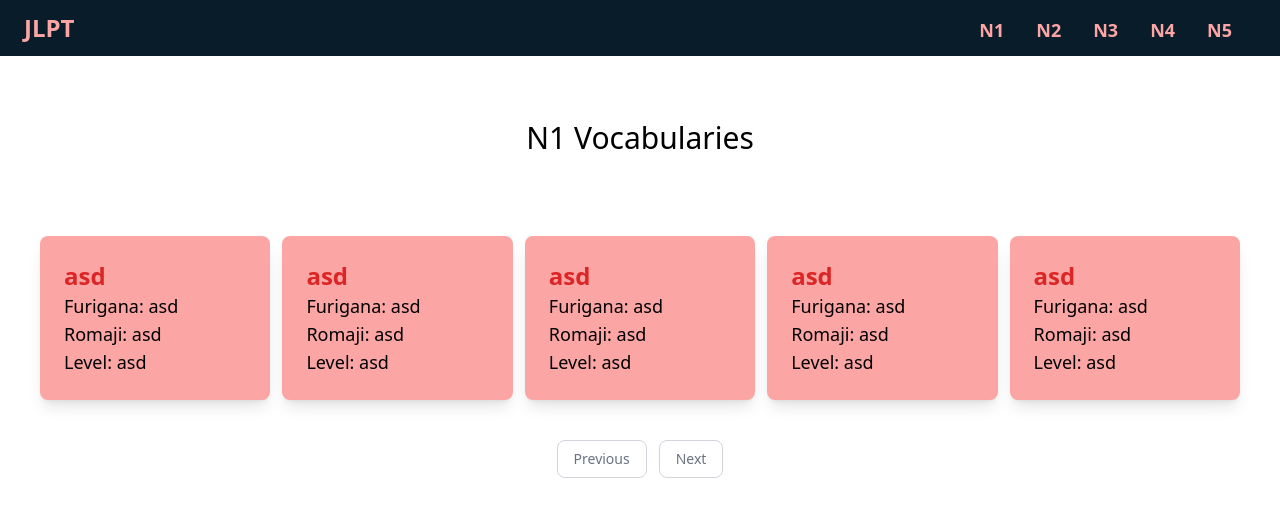
Repository: Penglee25/JLPT-vocabulary
Page: /n1
The author's editor kept a copy of each file at every save. The page is drawn from the files as they stood at one save, then again after a run of saves.
The browser window is 1280 px wide. The pictures show the whole page.
The project was rebuilt for these pictures with package versions that can differ from the ones it lists, and the page was loaded fresh each time. The framework's server and built-in components were replaced by stand-ins that run in the browser. Also part of the build but not shown: next.config.js, src/styles/main.css.

Above is the page before, as saved 2023-03-17 15:05:49.

After the next 2 saves:
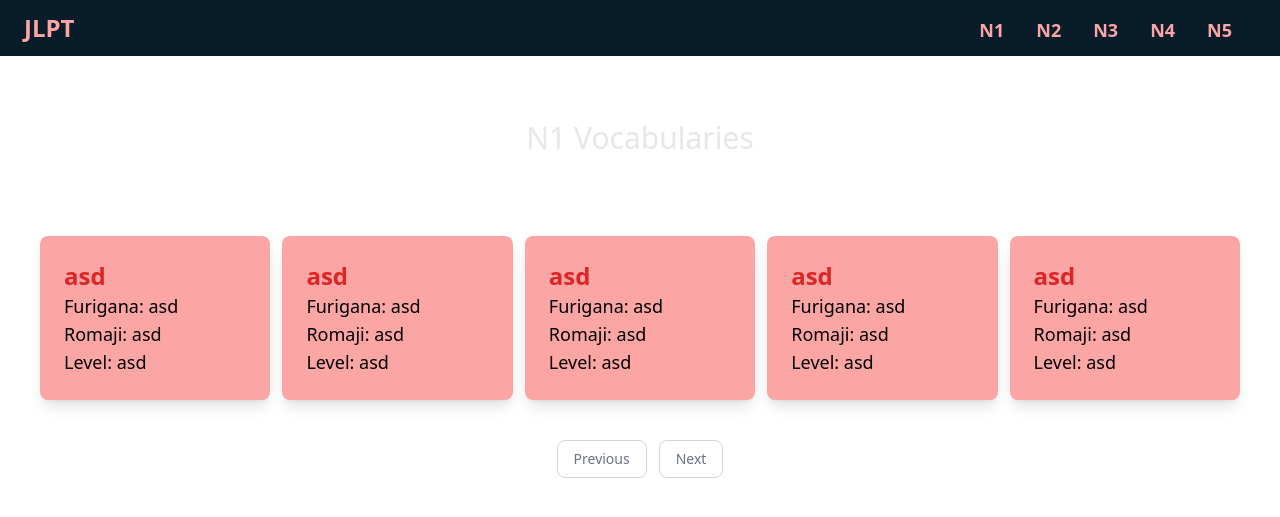
The 2 saves are shown as one change because they came seconds apart.
The last was saved 6 s later.
--- a/src/pages/n1.tsx
+++ b/src/pages/n1.tsx
@@ -8,7 +8,7 @@ export default function n1() {
             <div className="container p-10">
 
                 <div className="text-center my-20">
-                    <span className="text-3xl text-">N1 Vocabularies</span>
+                    <span className="text-3xl text-gray-200">N1 Vocabularies</span>
                 </div>
 
                 <div className=" grid md:grid-cols-5 gap-3 grid-cols-3">
